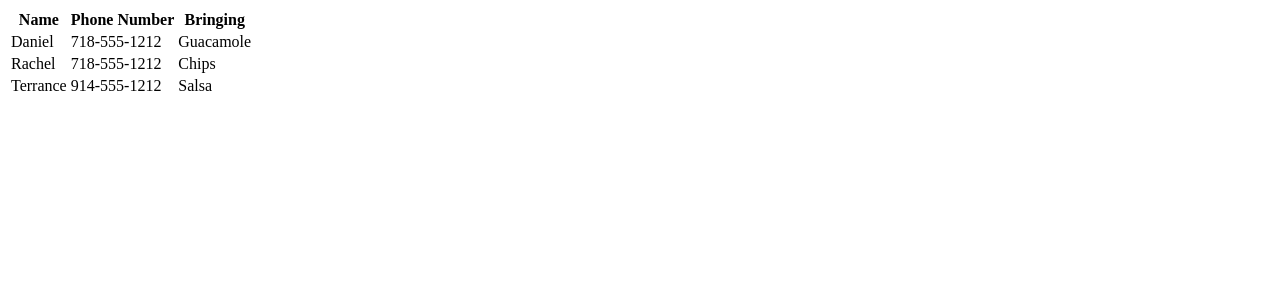
Repository: annferracane/phase-0-html-tables-lab
Page: index.html
The author's editor kept a copy of each file at every save. The page is drawn from the files as they stood at one save, then again after the next save.
The browser window is 1280 px wide. The pictures show the whole page.

Above is the page before, as saved 2022-11-10 23:50:13.

After the next save:
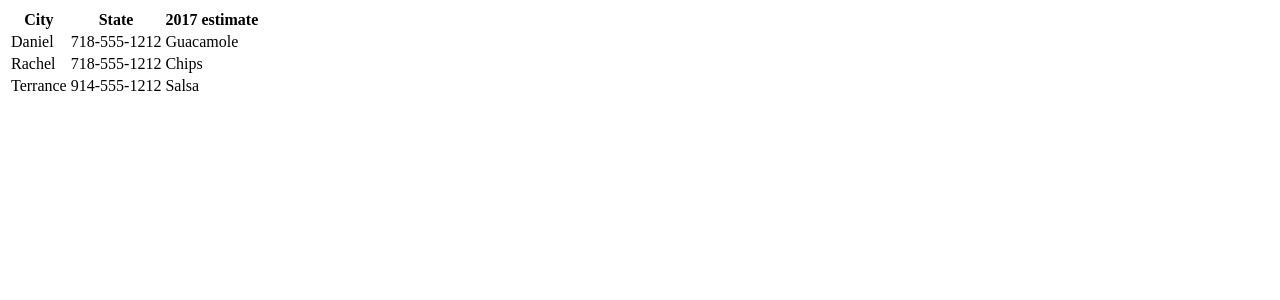
Saved 59 s later.
--- a/index.html
+++ b/index.html
@@ -10,9 +10,9 @@
     <!-- Write your HTML here -->
     <table>
       <tr>
-        <th>Name</th>
-        <th>Phone Number</th>
-        <th>Bringing</th>
+        <th>City</th>
+        <th>State</th>
+        <th>2017 estimate</th>
       </tr>
       <tr>
         <td>Daniel</td>
